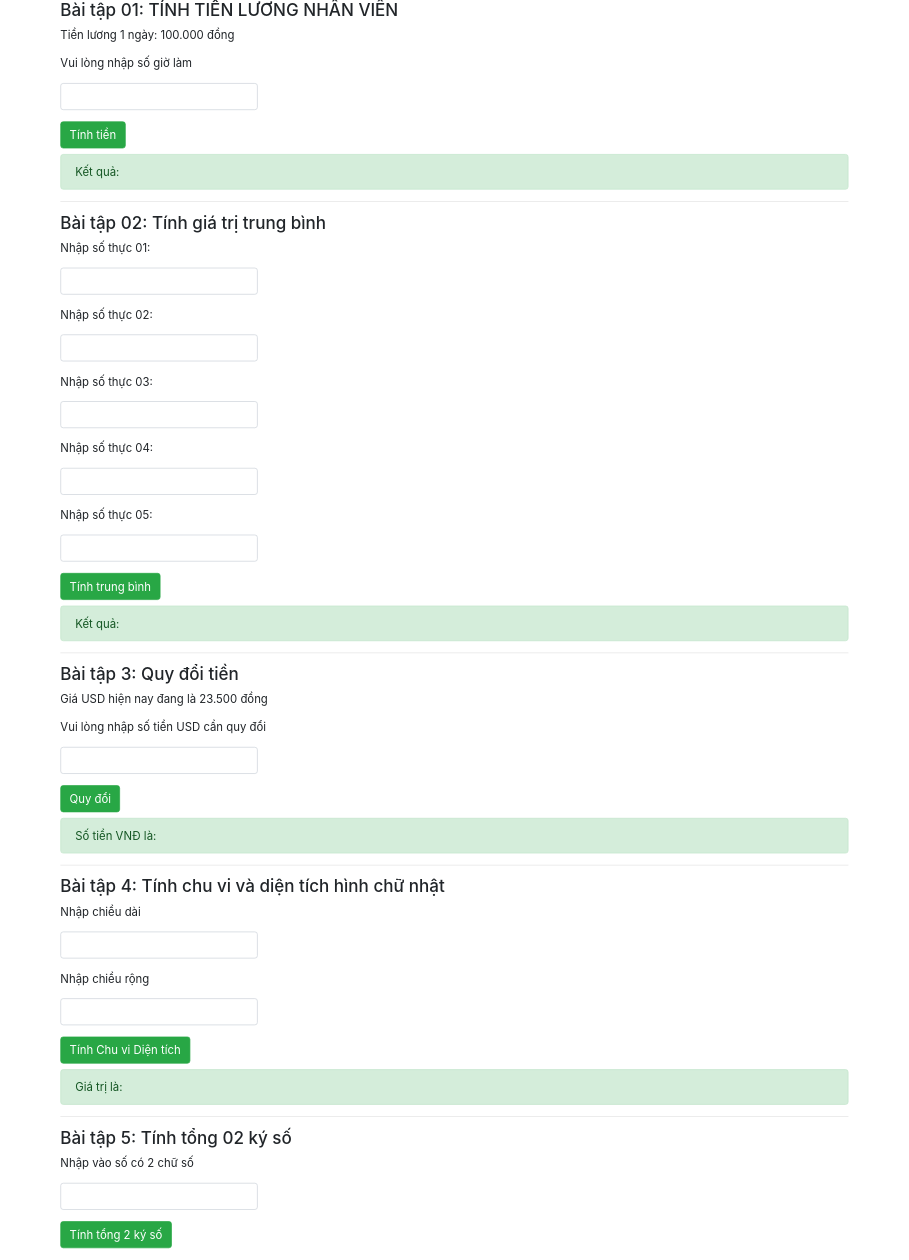
Repository: ducdatit2002/javascript-tinh-day13
Page: index.html
These files come from the project's save history. The page is drawn as it stood at one moment and after a run of saves; the edit follows.
The browser window is 1280 px wide. The pictures show the whole page, at 71% of full size.

Above is the page before, as saved 2023-08-14 00:53:42.

After the next 2 saves:
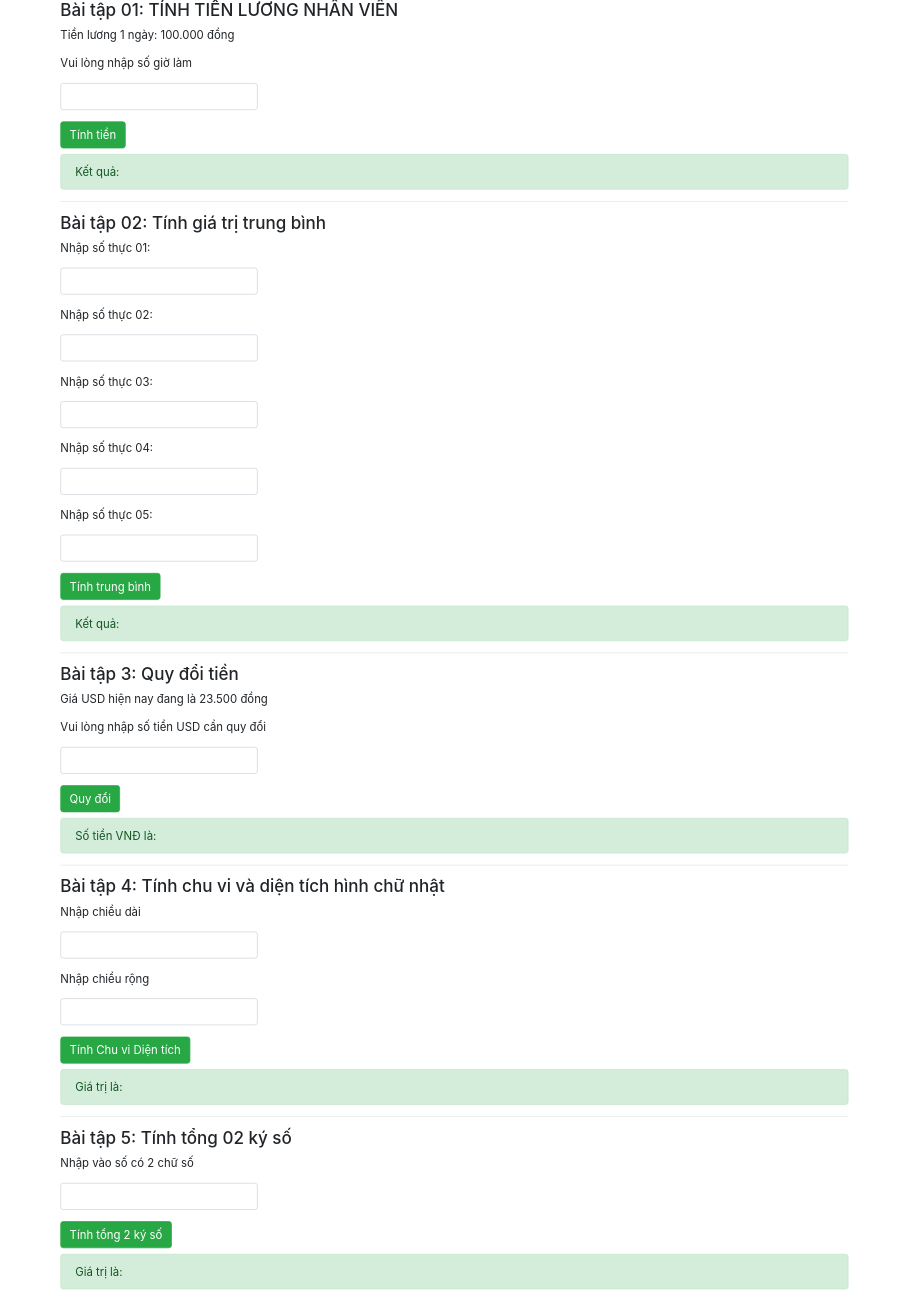
The 2 saves are shown as one change because they came seconds apart.
The last was saved 22 s later.
--- a/index.html
+++ b/index.html
@@ -106,15 +106,19 @@
             <p>Nhập chiều rộng</p>
             <input id="chieuRong" class="form-control w-25" />
           </div>
-          <button onclick="tinhChuviDientich()" id="btnCVDT" class="btn btn-success">
+          <button
+            onclick="tinhChuviDientich()"
+            id="btnCVDT"
+            class="btn btn-success"
+          >
             Tính Chu vi Diện tích
           </button>
           <div class="mt-2 alert alert-success">
-           Giá trị là: <span id="ChuviDientich"></span>
+            Giá trị là: <span id="ChuviDientich"></span>
           </div>
         </div>
       </div>
-      <hr>
+      <hr />
       <!-- BÀI 5: TÍNH TỔNG 2 KÝ SỐ -->
       <div class="form-group">
         <h4>Bài tập 5: Tính tổng 02 ký số</h4>
@@ -123,8 +127,11 @@
           <input id="so2Chuso" class="form-control w-25" />
         </div>
         <button onclick="tinhTongKySo()" id="btnKyso" class="btn btn-success">
-            Tính tổng 2 ký số
-          </button>
+          Tính tổng 2 ký số
+        </button>
+        <div class="mt-2 alert alert-success">
+          Giá trị là: <span id="ChuviDientich"></span>
+        </div>
       </div>
     </div>
 
